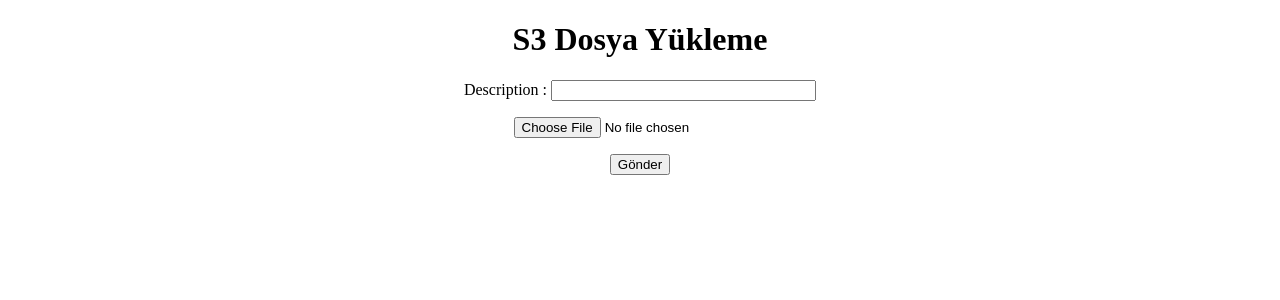
Repository: erengthb/AWS-Java-Servlet-Project
Page: http://localhost/Proje/message.jsp
These files come from the project's save history. The page is drawn as it stood at one moment and after the next save; the edit follows.
The browser window is 1280 px wide. The pictures show the whole page.
The page is served by Tomcat 9.

Above is the page before, as saved 2022-04-13 18:59:07.

After the next save:
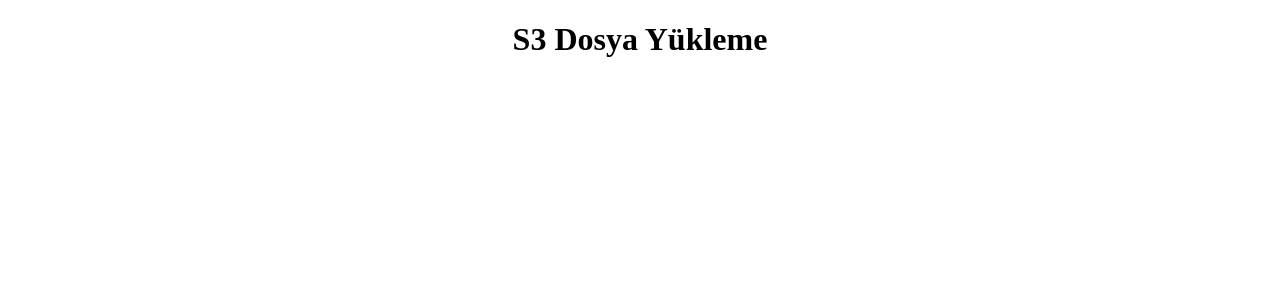
Saved 2 min 11 s later.
--- a/Proje/src/main/webapp/message.jsp
+++ b/Proje/src/main/webapp/message.jsp
@@ -12,14 +12,7 @@
 
 <div><h1>S3  Dosya Yükleme</h1></div>
 <div>
-<form action ="upload" method = "post" enctype = "multipart/form-data">
-<p> Description : <input type ="text" name= "description" size="30" required/> </p>
 
-<p> <input type ="file" name = "file" required /></p>
-<p> <button type= "submit" >Gönder</button> </p>
-
-
-</form>
 </div>
 </div>
 
